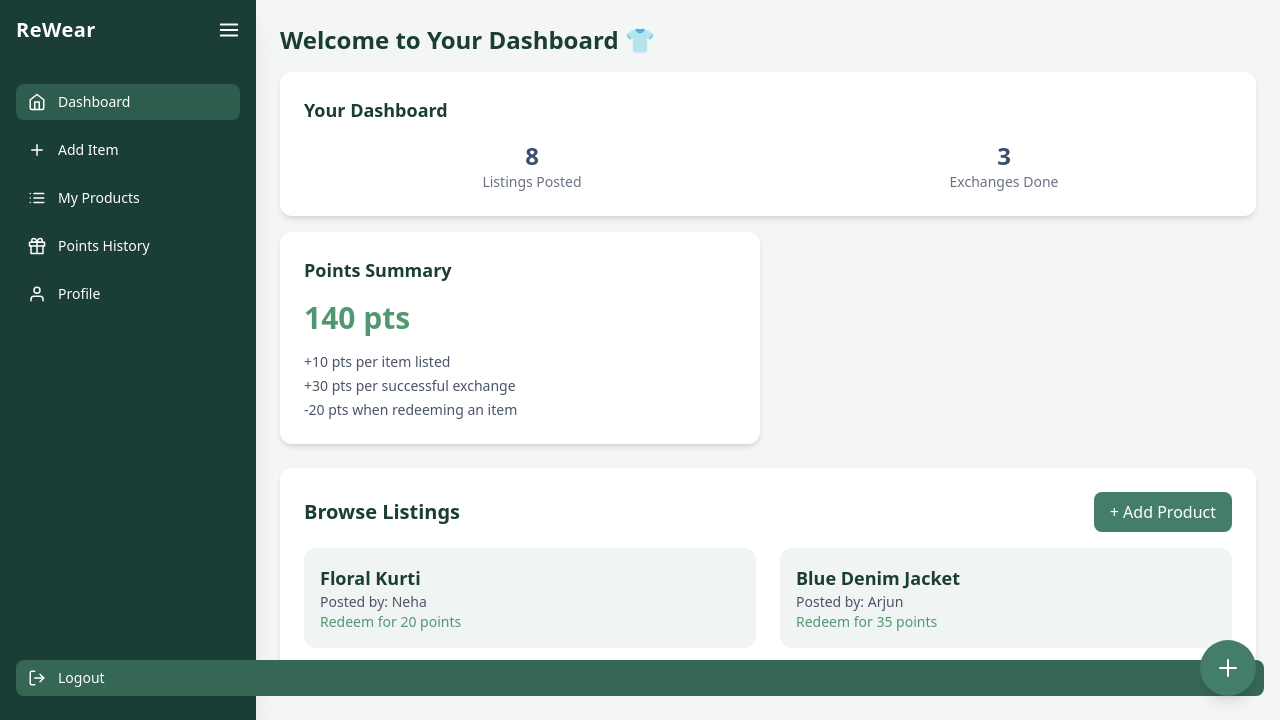
Repository: Swastikkkkk/vv
Page: /user (app in OneDrive/Desktop/Yuzichahal/frontend/)
An editor plug-in stored every save of this project. The page is shown before and after the next save, followed by the edit.
The browser window is 1280 px wide. The pictures show the whole page.
The page's requests for data from a server got no answer. The project was rebuilt for these pictures with package versions that can differ from the ones it lists, and the page was loaded fresh each time. No one was signed in, and anything a server would have sent is missing. Also part of the build but not shown: OneDrive/Desktop/Yuzichahal/frontend/vite.config.js, OneDrive/Desktop/Yuzichahal/frontend/src/components/Navbar.jsx, OneDrive/Desktop/Yuzichahal/frontend/src/components/Herosection.jsx, OneDrive/Desktop/Yuzichahal/frontend/src/components/FirebaseConfig.js, OneDrive/Desktop/Yuzichahal/frontend/src/components/CategoriesSection.jsx, OneDrive/Desktop/Yuzichahal/frontend/src/components/Footer.jsx, OneDrive/Desktop/Yuzichahal/frontend/src/components/LandingPage.jsx, OneDrive/Desktop/Yuzichahal/frontend/src/components/Signup.jsx and 6 more.

Above is the page before, as saved 2025-07-12 11:26:48.

After the next save:
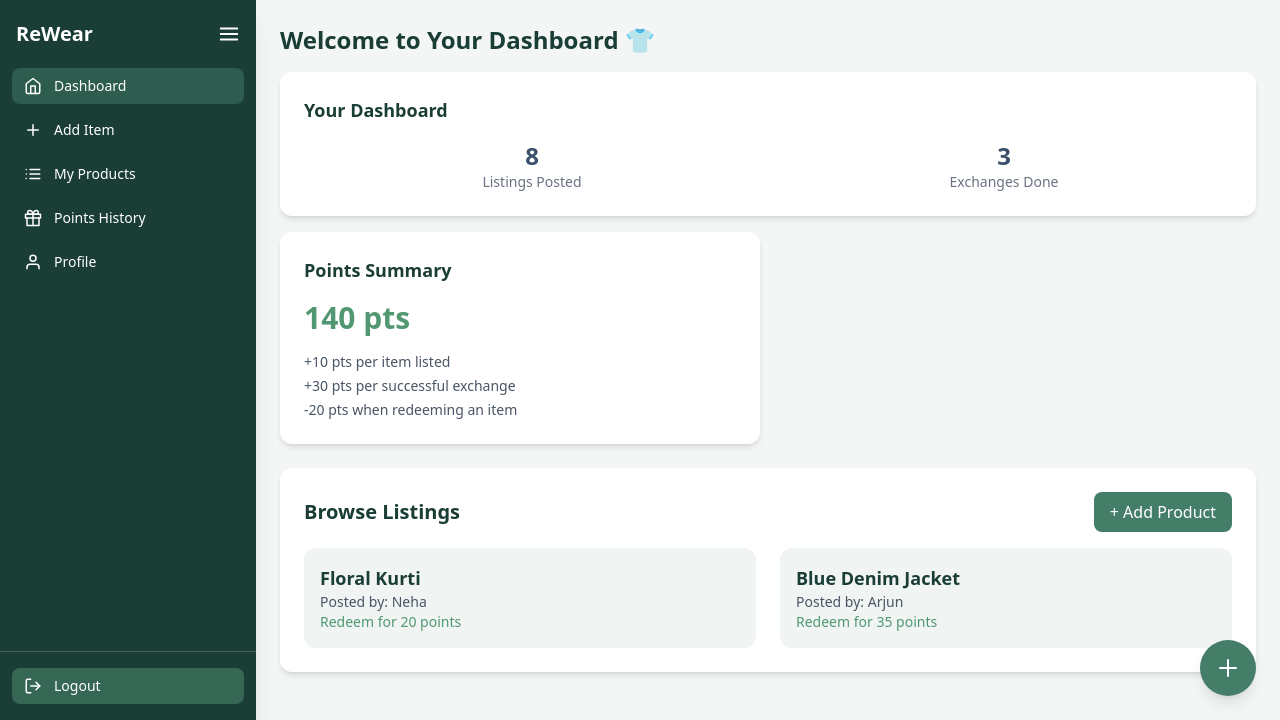
Saved 101 s later.
--- a/OneDrive/Desktop/Yuzichahal/frontend/src/components/user/Sidebar.jsx
+++ b/OneDrive/Desktop/Yuzichahal/frontend/src/components/user/Sidebar.jsx
@@ -1,6 +1,14 @@
 import React, { useState } from 'react';
 import { NavLink, useNavigate } from 'react-router-dom';
-import { FiMenu, FiLogOut, FiPlus, FiUser, FiHome, FiList, FiGift } from 'react-icons/fi';
+import {
+  FiMenu,
+  FiLogOut,
+  FiPlus,
+  FiUser,
+  FiHome,
+  FiList,
+  FiGift
+} from 'react-icons/fi';
 
 const Sidebar = () => {
   const navigate = useNavigate();
@@ -11,51 +19,54 @@ const Sidebar = () => {
     { label: 'Add Item', path: '/user/add', icon: <FiPlus /> },
     { label: 'My Products', path: '/user/my-products', icon: <FiList /> },
     { label: 'Points History', path: '/user/points', icon: <FiGift /> },
-    { label: 'Profile', path: '/user/profile', icon: <FiUser /> },
+    { label: 'Profile', path: '/user/profile', icon: <FiUser /> }
   ];
 
   const handleLogout = () => {
-    // Add Firebase logout logic here
+    // TODO: Add Firebase logout
     navigate('/login');
   };
 
   return (
     <div
-      className={`h-screen bg-[#1a3d35] text-white p-4 transition-all duration-300 ease-in-out shadow-xl ${
+      className={`h-screen bg-[#1a3d35] text-white shadow-xl flex flex-col justify-between transition-all duration-300 ease-in-out ${
         collapsed ? 'w-20' : 'w-64'
       }`}
     >
-      {/* Collapse Button */}
-      <div className="flex justify-between items-center mb-10">
-        {!collapsed && <h2 className="text-xl font-bold tracking-wide">ReWear</h2>}
-        <button
-          onClick={() => setCollapsed(!collapsed)}
-          className="text-white focus:outline-none"
-        >
-          <FiMenu size={22} />
-        </button>
+      {/* Top Section */}
+      <div>
+        {/* Logo & Collapse Toggle */}
+        <div className="flex items-center justify-between px-4 py-5">
+          {!collapsed && <h2 className="text-xl font-bold">ReWear</h2>}
+          <button
+            onClick={() => setCollapsed(!collapsed)}
+            className="text-white focus:outline-none transition-transform duration-200"
+          >
+            <FiMenu size={22} className="hover:scale-110" />
+          </button>
+        </div>
+
+        {/* Navigation Links */}
+        <nav className="px-3 space-y-2">
+          {navItems.map((item) => (
+            <NavLink
+              key={item.path}
+              to={item.path}
+              className={({ isActive }) =>
+                `flex items-center gap-3 px-3 py-2 rounded-lg text-sm font-medium transition-all duration-200 ${
+                  isActive ? 'bg-[#2e5c4f]' : 'hover:bg-[#2e5c4f]/70'
+                }`
+              }
+            >
+              <span className="text-lg">{item.icon}</span>
+              {!collapsed && <span>{item.label}</span>}
+            </NavLink>
+          ))}
+        </nav>
       </div>
 
-      {/* Navigation Links */}
-      <nav className="space-y-3">
-        {navItems.map((item) => (
-          <NavLink
-            key={item.path}
-            to={item.path}
-            className={({ isActive }) =>
-              `flex items-center gap-3 px-3 py-2 rounded-lg text-sm font-medium transition-all duration-200 ${
-                isActive ? 'bg-[#2e5c4f]' : 'hover:bg-[#2e5c4f]/60'
-              }`
-            }
-          >
-            <span className="text-lg">{item.icon}</span>
-            {!collapsed && <span>{item.label}</span>}
-          </NavLink>
-        ))}
-      </nav>
-
-      {/* Logout */}
-      <div className="absolute bottom-6 w-full left-0 px-4">
+      {/* Logout Section */}
+      <div className="px-3 py-4 border-t border-white/20">
         <button
           onClick={handleLogout}
           className="w-full flex items-center gap-3 py-2 px-3 text-sm font-medium rounded-lg bg-[#366755] hover:bg-[#2f5c4d] transition"
